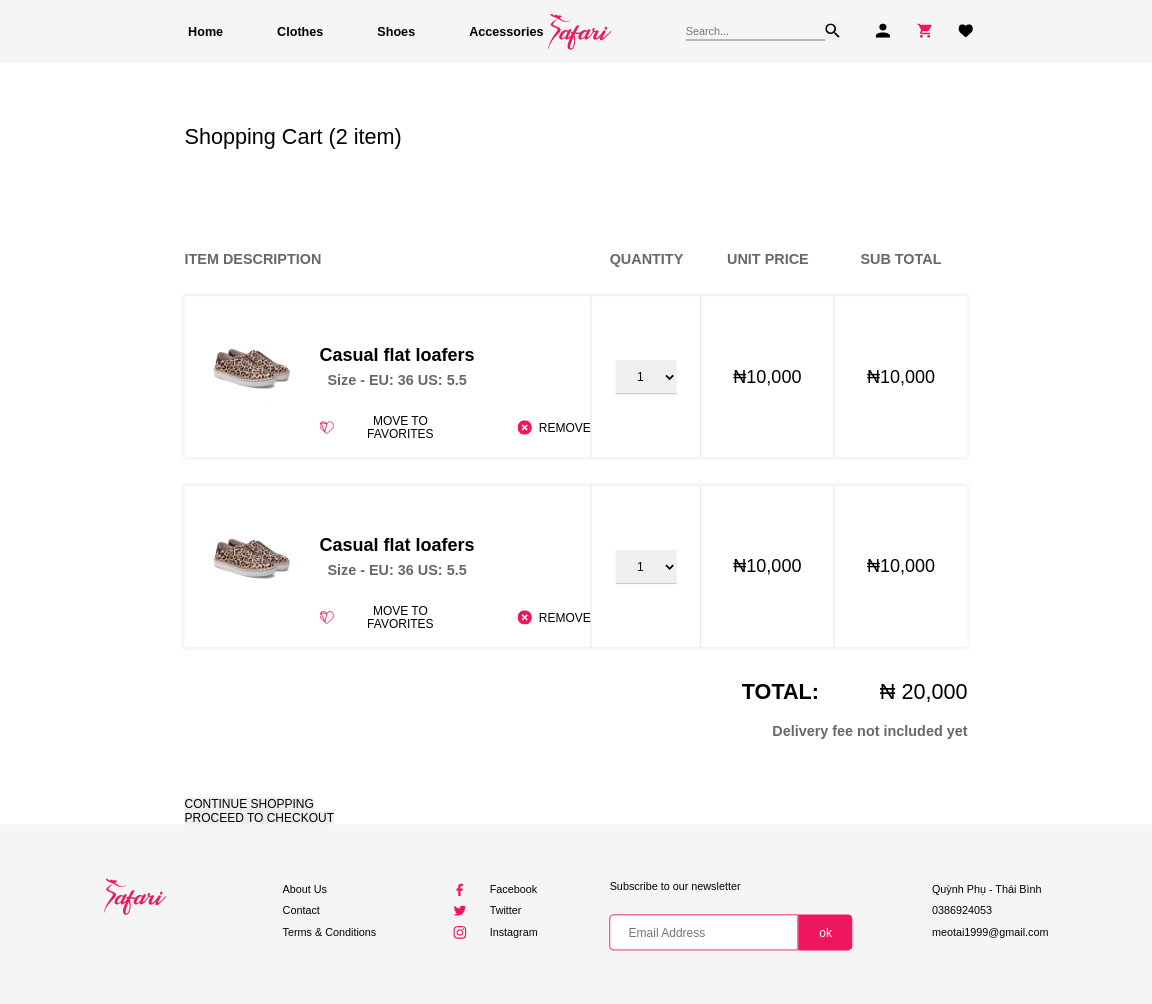
Repository: tboy1999/safari
Page: views/cart.html
The author's editor kept a copy of each file at every save. The page is drawn from the files as they stood at one save, then again after the next save.
The browser window is 1280 px wide. The pictures show the whole page, at 90% of full size.
Some web libraries are served in a nearby version. The style sheet was rebuilt from its Sass, Less or Tailwind sources for each picture, by a compiler version that may differ from the author's.

Above is the page before, as saved 2022-04-28 14:32:21.

### views/cart.html
<!DOCTYPE html>
<html lang="en">
<head>
  <meta charset="UTF-8">
  <meta http-equiv="X-UA-Compatible" content="IE=edge">
  <meta name="viewport" content="width=device-width, initial-scale=1.0">
  <title>cart safari</title>
  <link rel="shortcut icon" href="./image/logo/Logo.svg" type="image/x-icon">
  <link rel="preconnect" href="https://fonts.googleapis.com">
  <link rel="preconnect" href="https://fonts.gstatic.com" crossorigin>
  <link rel="stylesheet" href="https://cdnjs.cloudflare.com/ajax/libs/font-awesome/6.1.1/css/all.min.css" integrity="sha512-KfkfwYDsLkIlwQp6LFnl8zNdLGxu9YAA1QvwINks4PhcElQSvqcyVLLD9aMhXd13uQjoXtEKNosOWaZqXgel0g==" crossorigin="anonymous" referrerpolicy="no-referrer" />
  <link rel="stylesheet" href="../css/grid.css">
  <link rel="stylesheet" href="../css/cart.css">
</head>
<body>
  <header id="header" class="header">
    <div class="container">
      <div class="header__container facenter">
        <ul class="header__list facenter fz14-fw600">
          <li class="header__item"><a href="../index.html" class="header__link">Home</a></li>
          <li class="header__item"><a href="./clothes.html" class="header__link">Clothes</a></li>
          <li class="header__item"><a href="./shoes.html" class="header__link">Shoes</a></li>
          <li class="header__item"><a href="./accessories.html" class="header__link">Accessories</a></li>
        </ul>
        <form class="header__search facenter">
          <input type="text" placeholder="Search..." class="fz12">
          <button type="submit"><img src="../image/header/search.svg" alt=""></button>
        </form>
        <div class="header__feature facenter">
          <a href="./user.html">
            <svg width="16" height="16" viewBox="0 0 16 16" fill="inherit" xmlns="http://www.w3.org/2000/svg">
            <path d="M8 0C9.06087 0 10.0783 0.421427 10.8284 1.17157C11.5786 1.92172 12 2.93913 12 4C12 5.06087 11.5786 6.07828 10.8284 6.82843C10.0783 7.57857 9.06087 8 8 8C6.93913 8 5.92172 7.57857 5.17157 6.82843C4.42143 6.07828 4 5.06087 4 4C4 2.93913 4.42143 1.92172 5.17157 1.17157C5.92172 0.421427 6.93913 0 8 0ZM8 10C12.42 10 16 11.79 16 14V16H0V14C0 11.79 3.58 10 8 10Z"/>
            </svg>
          </a>
          <a href="#" class="header__feature--active">
            <svg width="16" height="16" viewBox="0 0 16 16" fill="inherit" xmlns="http://www.w3.org/2000/svg">
              <path d="M12.8 12.8C11.912 12.8 11.2 13.512 11.2 14.4C11.2 14.8243 11.3686 15.2313 11.6686 15.5314C11.9687 15.8314 12.3757 16 12.8 16C13.2243 16 13.6313 15.8314 13.9314 15.5314C14.2314 15.2313 14.4 14.8243 14.4 14.4C14.4 13.9757 14.2314 13.5687 13.9314 13.2686C13.6313 12.9686 13.2243 12.8 12.8 12.8ZM0 0V1.6H1.6L4.48 7.672L3.392 9.632C3.272 9.856 3.2 10.12 3.2 10.4C3.2 10.8243 3.36857 11.2313 3.66863 11.5314C3.96869 11.8314 4.37565 12 4.8 12H14.4V10.4H5.136C5.08296 10.4 5.03209 10.3789 4.99458 10.3414C4.95707 10.3039 4.936 10.253 4.936 10.2C4.936 10.16 4.944 10.128 4.96 10.104L5.68 8.8H11.64C12.24 8.8 12.768 8.464 13.04 7.976L15.904 2.8C15.96 2.672 16 2.536 16 2.4C16 2.18783 15.9157 1.98434 15.7657 1.83431C15.6157 1.68429 15.4122 1.6 15.2 1.6H3.368L2.616 0H0ZM4.8 12.8C3.912 12.8 3.2 13.512 3.2 14.4C3.2 14.8243 3.36857 15.2313 3.66863 15.5314C3.96869 15.8314 4.37565 16 4.8 16C5.22435 16 5.63131 15.8314 5.93137 15.5314C6.23143 15.2313 6.4 14.8243 6.4 14.4C6.4 13.9757 6.23143 13.5687 5.93137 13.2686C5.63131 12.9686 5.22435 12.8 4.8 12.8Z"/>
            </svg>
          </a>
          <a href="#">
            <svg width="16" height="15" viewBox="0 0 16 15" fill="inherit"
            xmlns="http://www.w3.org/2000/svg">
              <path d="M14.7307 1.39307C13.9025 0.494751 12.766 0 11.5304 0C10.6068 0 9.76099 0.291992 9.01636 0.867798C8.64062 1.15845 8.30017 1.51404 8 1.92908C7.69995 1.51416 7.35938 1.15845 6.98352 0.867798C6.23901 0.291992 5.39319 0 4.4696 0C3.23401 0 2.09741 0.494751 1.26917 1.39307C0.450806 2.28088 0 3.49377 0 4.80847C0 6.16162 0.504272 7.40027 1.58691 8.70667C2.55542 9.87524 3.94739 11.0615 5.55933 12.4352C6.10974 12.9043 6.73364 13.436 7.38147 14.0024C7.55261 14.1523 7.77222 14.2349 8 14.2349C8.22766 14.2349 8.44739 14.1523 8.61829 14.0027C9.26611 13.4362 9.89038 12.9042 10.441 12.4348C12.0527 11.0614 13.4447 9.87524 14.4132 8.70654C15.4958 7.40027 16 6.16162 16 4.80835C16 3.49377 15.5492 2.28088 14.7307 1.39307Z"/>
            </svg>
          </a>
        </div>
        <div class="header__logo">
          <a href="../index.html"><img src="../image/logo/Logo.svg" alt=""></a>
        </div>
      </div>
    </div>
  </header>

  <main id="cart" class="cart">
    <div class="container">
      <div class="cart__container">
        <h1 class="cart__heading fz24">Shopping Cart (2 item)</h1>
        <table>
          <thead class="fz16">
            <tr>
              <th>ITEM DESCRIPTION</th>
              <th>QUANTITY</th>
              <th>UNIT PRICE</th>
              <th>SUB TOTAL</th>
            </tr>
          </thead>
          <tbody>
            <tr>
              <td>
                <div class="cart__product facenter gap32">
                  <img src="../image/cart/cart1.jpg" alt="" class="cart__img">
                  <div class="cart__info">
                    <h3 class="fz20-fw600">Casual flat loafers</h3>
                    <p class="fz16">Size - EU: 36 US: 5.5</p>
                  </div>
                </div>
                <div class="cart__btn facenter gap64">
                  <button class="facenter gap8"><img src="../image/cart/heart-cart.svg" alt="">MOVE TO FAVORITES</button>
                  <button class="facenter gap8"><img src="../image/cart/remove-cart.svg" alt="">REMOVE</button>
                </div>
              </td>
              <td class="fz16">
                <select>
                  <option>1</option>
                  <option>2</option>
                  <option>3</option>
                  <option>4</option>
                </select>
              </td>
              <td class="fz20">₦10,000</td>
              <td class="fz20">₦10,000</td>
            </tr>
            <tr>
              <td>
                <div class="cart__product facenter gap32">
                  <img src="../image/cart/cart1.jpg" alt="" class="cart__img">
                  <div class="cart__info">
                    <h3 class="fz20-fw600">Casual flat loafers</h3>
                    <p class="fz16">Size - EU: 36 US: 5.5</p>
                  </div>
                </div>
                <div class="cart__btn facenter gap64">
                  <button class="facenter gap8"><img src="../image/cart/heart-cart.svg" alt="">MOVE TO FAVORITES</button>
                  <button class="facenter gap8"><img src="../image/cart/remove-cart.svg" alt="">REMOVE</button>
                </div>
              </td>
              <td class="fz16">
                <select>
                  <option>1</option>
                  <option>2</option>
                  <option>3</option>
                  <option>4</option>
                </select>
              </td>
              <td class="fz20">₦10,000</td>
              <td class="fz20">₦10,000</td>
            </tr>
          </tbody>
        </table>
        <div class="cart__price">
          <div class="cart__money facenter">
            <h3 class="fz24-fw600">TOTAL:</h3>
            <h4 class="fz24">₦ 20,000</h4>
          </div>
          <p class="fz16">Delivery fee not included yet</p>
        </div>
        <div class="cart__button fz18">
          <button>CONTINUE SHOPPING</button>
          <button>PROCEED TO CHECKOUT</button>
        </div>
      </div>
    </div>
  </main>
  <footer class="footer">
    <div class="container">
      <div class="footer__container d-flex fz12">
        <div class="footer__logo">
          <a href="../index.html"><img src="../image/logo/Logo.svg" alt=""></a>
        </div>
        <div class="footer__body d-flex gap80">
          <ul class="footer__pages">
            <li class="footer__item fz12"><a href="#">About Us</a></li>
            <li class="footer__item fz12"><a href="#">Contact</a></li>
            <li class="footer__item fz12"><a href="#">Terms & Conditions</a></li>
          </ul>
          <ul class="footer__networks">
            <li class="footer__item facenter gap20">
              <div class="footer__icon flex-center">
                <a href="#" class="facenter"><img src="../image/footer/fb.svg" alt=""></a>
              </div>
              <p><a href="#">Facebook</a></p>
            </li>
            <li class="footer__item facenter gap20">
              <div class="footer__icon flex-center">
                <a href="#" class="facenter"><img src="../image/footer/twitter.svg" alt=""></a>
              </div>
              <p><a href="#">Twitter</a></p>
            </li>
            <li class="footer__item facenter gap20">
              <div class="footer__icon flex-center">
                <a href="#" class="facenter"><img src="../image/footer/instagram.svg" alt=""></a>
              </div>
              <p><a href="#">Instagram</a></p>
            </li>
          </ul>
          <div class="footer__input">
            <p>Subscribe to our newsletter</p>
            <form action="" class="facenter footer__form">
              <input type="text" placeholder="Email Address">
              <button type="submit">ok</button>
            </form>
          </div>
        </div>
        <div class="footer__info">
          <p>Quỳnh Phụ - Thái Bình</p>
          <p>0386924053</p>
          <p>meotai1999@gmail.com</p>
        </div>
      </div>
    </div>
  </footer>
</body>
</html>

### scss/cart.scss
@import 'reset';
@import 'variable';
@import 'global';
@import 'alike';
@import 'header';
@import 'footer';

.cart {
  margin-top: 134px;
  &__container {
    margin:0 150px;
  }
  &__heading {
    margin-bottom: 78px;
  }
  table {
    border-spacing:0 32px;
    width: 100%;
    thead {
      th:first-child {
        width: 52%;
        text-align: left;
      }
      th:nth-child(2) {
        width: 14%
      }
      th:nth-child(3),
      th:nth-child(4) {
        width: 17%
      }
    }
    tbody {
      tr {
        background: #FFFFFF;
        box-shadow: 0px 0px 5px 1px rgba(0, 0, 0, 0.1);
      }
      td:first-child {
        padding: 35px 0 18px 32px
      }
      td {
        text-align: center
      }
      td:not(:last-child) {
        border-right: 1.5px solid #E1E1E1;
      }
      select {
        padding: 10px 20px;
        border: none;
        border-bottom: 1px solid #C4C4C4;
        outline: none;
      }
    }
  }
  &__img {
    width: 86px;
    height: 86px;
    object-fit: cover;
  }
  &__info {
    h3 {
      margin-bottom: 8px;
    }
  }
  &__product {
    margin-bottom: 10px;
  }
  &__btn {
    padding-left: calc(150px - 32px);
    button {
      background-color: transparent
    }
  }
  &__price {
    text-align: right;
    margin-bottom: 64px;
  }
  &__money {
    justify-content: end;
    margin-bottom: 18px;
    h4 {
      min-width: 165px;
    }
  }
}

### scss/_reset.scss
* {
  padding: 0;
  margin: 0;
  box-sizing: border-box;
}

html:focus-within {
  scroll-behavior: smooth;
}

a,
button {
  display: block;
  outline: none;
  border: none;
  text-decoration: none;
  color: inherit;
  cursor: pointer;
}

input {
  outline: none;
}

ul {
  list-style-type: none;
}

// img {
//   width: 100%;
//   height: 100%;
//   object-fit: cover;
// }

### scss/_variable.scss
$text-color: #686868;
$primary-color: #ED165F;

$header-background-color: #F5F5F5;
$footer-background-color: #F5F5F5;

### scss/_global.scss
html {
  font-size: 10px;
  line-height: 1;
  scroll-behavior: smooth !important;
}

body {
  font-family: 'Mulish', sans-serif;
}

body .auto-top {
  display: none;
  position: fixed;
  right: 50px;
  top: 50%;
  width: 60px;
  height: 50px;
  border: 1px solid #000000;
  border-radius: 5px;
  animation: autoTop 2s ease-in-out;
  animation-iteration-count: infinite;
}
@keyframes autoTop {
  from {
    transform: translateY(0)
  }
  to {
    transform: translateY(-20px)
  }
}

.facenter {
  display: flex;
  align-items: center;
}

.facb {
  display:flex;
  justify-content: space-between;
  align-items: center;
}

.flex-center {
  display: flex;
  justify-content: center;
  align-items: center;
}

.d-flex {
  display: flex;
  flex-wrap: wrap;
}

.flex-column {
  display: flex;
  flex-direction: column;
}

.gap64 {
  gap: 64px
}

.gap80 {
  gap: 0 80px
}

.gap32 {
  gap: 32px
}

.gap20 {
  gap: 0 20px
}

.gap16 {
  gap: 16px
}
.gap8 {
  gap: 8px
}

### scss/_alike.scss
.fz40 {
  font-weight: 700;
  font-size: 4rem;
  line-height: calc(24/40);
}

.fz30 {
  font-weight: 600;
  font-size: 30px;
}


.fz24 {
  font-weight: 400;
  font-size: 2.4rem;
  line-height: calc(35/24);
  &-fw600 {
    font-weight: 600;
    font-size: 2.4rem;
    line-height: calc(35/24);
  }
}

.fz20 {
  font-weight: 400;
  font-size: 2rem;
  line-height: calc(23/20);
  &-fw800 {
    font-weight: 800;
    font-size: 2rem;
    line-height: calc(23/20);
  }
  &-fw600 {
    font-weight: 600;
    font-size: 2rem;
    line-height: calc(23/20);
  }
}

.fz18 {
  font-weight: 800;
  font-size: 1.8rem;
  line-height: calc(24/18);
}

.fz16 {
  font-weight: 600;
  font-size: 1.6rem;
  line-height: calc(18/16);
  color: $text-color;
}

.fz14 {
  font-weight: 400;
  font-size: 1.4rem;
  line-height: calc(18/14);
  &-fw600 {
    font-weight: 600;
    font-size: 1.4rem;
    line-height: calc(18/14);
  }
}

.fz12 {
  font-weight: 400;
  font-size: 1.2rem;
  line-height: calc(18/12);
}

.fz10 {
  font-weight: 700;
  font-size: 1rem;
  line-height: calc(18/10);
}

### scss/_header.scss
.header {
  position: fixed;
  top: 0;
  left: 0;
  right: 0;
  z-index: 99999;
  background-color: $header-background-color;
  &__container {
    height: 70px;
    padding: 0 144px;
  }
  &__list {
    gap: 0 40px;
    flex: 1
  }
  &__search {
    input {
      border:none;
      border-bottom: 1px solid rgba(0, 0, 0, 0.5);
      color: rgba(0, 0, 0, 0.5);
      background-color: inherit;
    }
  }
  &__link {
    padding: 6px 10px;
    transition: all 0.2s linear;
    position: relative;
    &::after {
      content: "";
      position: absolute;
      width: 0;
      left: auto;
      right: 0;
      bottom: 0;
      height: 1px;
      transition: all 0.2s linear;
      background-color: red;
    }
    &:hover {
      color: $primary-color;
      &::after {
        width: 100%;
        right: auto;
        left: 0
      }
    }
    &.header__item--active {
      color: $primary-color;
      font-weight: 800;
      &::after {
        width: 100%;
      }
    }
  }
  &__feature {
    gap: 0 30px;
    margin-left: 40px;
    .header__feature--active {
      fill: $primary-color;
    }
  }
  &__logo {
    position: absolute;
    left: 47.57%;
    right: 47.57%;
    top: 21.43%;
    bottom: 20.93%;
  }
}

### scss/_footer.scss
.footer {
  background-color: $footer-background-color;
  &__container {
    padding: 60px;
  }
  &__pages {
    margin-left: 129px;
    a {
      padding: 3px 0;
    }
  }
  &__networks {
    a {
      padding: 3px 0
    }
  }
  &__icon {
    width: 26px
  }
  &__body {
    flex: 1
  }
  &__form {
    margin-top: 22px;
    width: 270px;
    height: 40px;
    border-radius: 5px;
    input {
      border: 1px solid $primary-color;
      padding: 0 0 0 20px;
      height: inherit;
      flex: 1;
      border-top-left-radius: 5px;
      border-bottom-left-radius: 5px;
    }
    button {
      width: 60px;
      height: inherit;
      background-color: $primary-color;
      color: #fff;
      border-top-right-radius: 5px;
      border-bottom-right-radius: 5px;
    }
  }
  &__info {
    p {
      padding: 3px 0
    }
  }
}

Loaded but not shown: css/grid.css (721 lines, source omitted)

After the next save:
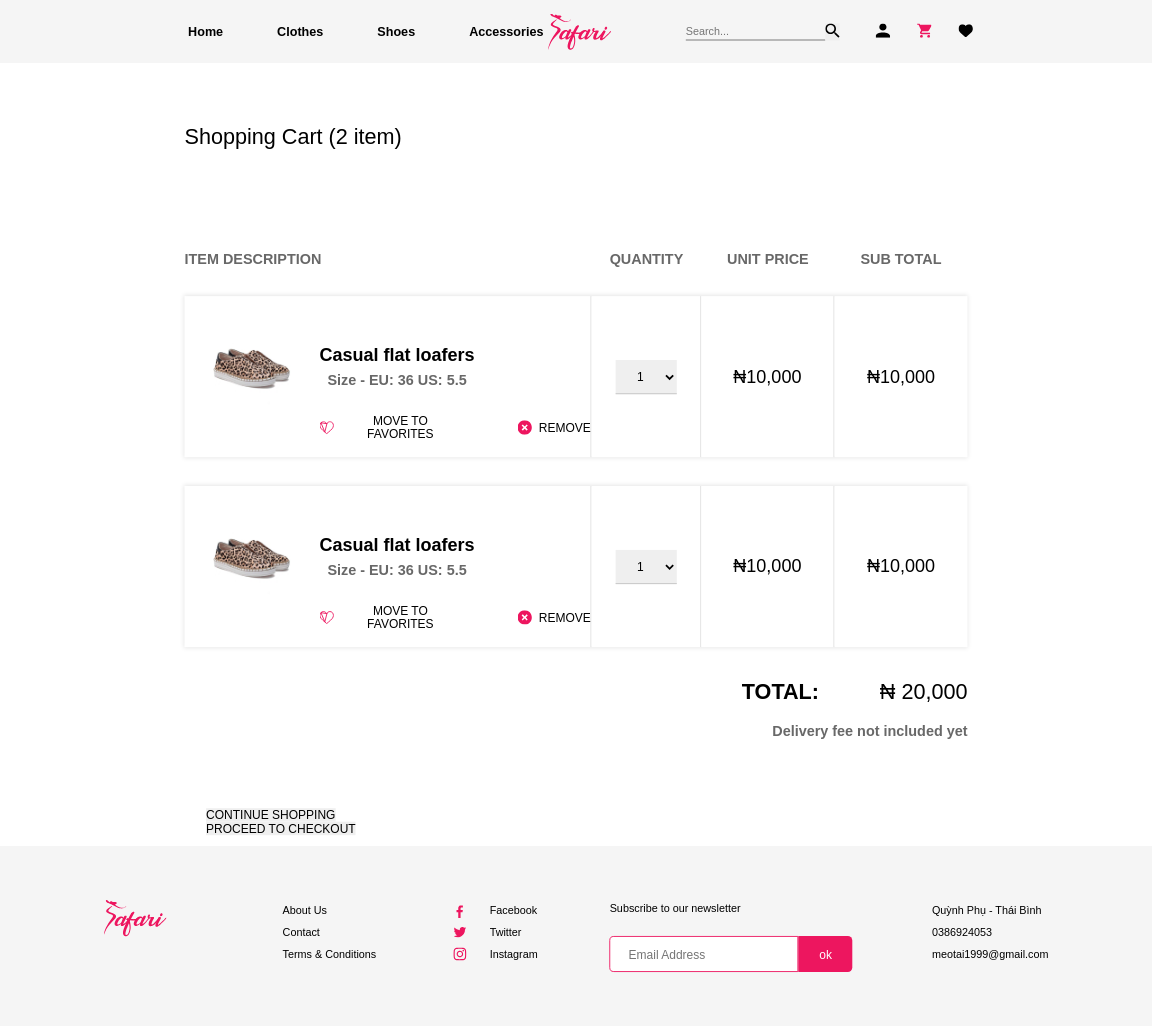
Saved 32 s later.
--- a/scss/cart.scss
+++ b/scss/cart.scss
@@ -81,4 +81,8 @@
       min-width: 165px;
     }
   }
+
+  &__button {
+    padding: 12px 24px
+  }
 }
